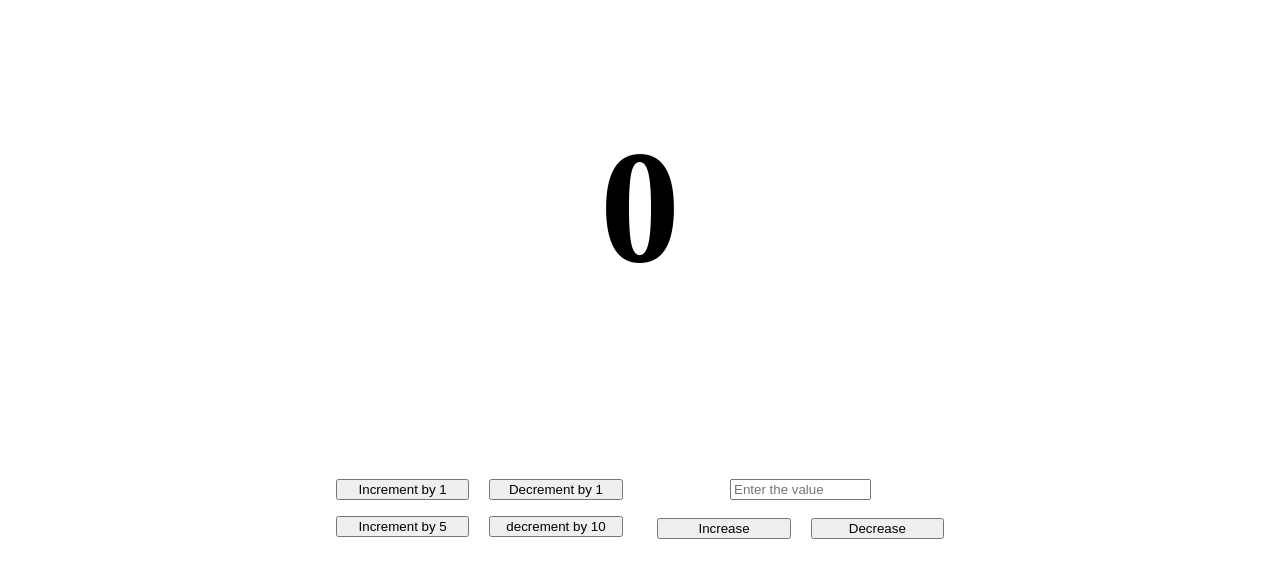
Repository: drumsmanku/micro-project-2
Page: index.html
The author's editor kept a copy of each file at every save. The page is drawn from the files as they stood at one save, then again after the next save.
The browser window is 1280 px wide. The pictures show the whole page.

Above is the page before, as saved 2023-04-07 19:45:22.

### index.html
<!DOCTYPE html>
<html lang="en">
<head>
  <meta charset="UTF-8">
  <meta http-equiv="X-UA-Compatible" content="IE=edge">
  <meta name="viewport" content="width=device-width, initial-scale=1.0">
  <link rel="stylesheet" href="style.css">
  <title>micro Project 2</title>
</head>
<body>
  <div class="my-elements">
    <h1 id="h1-tag">0</h1>
    <div class="second-part">
      <div class="second-first-part">
        <div class="just-1">
          <button id="clicked-1">Increment by 1</button>
          <button id="clicked-2">Decrement by 1</button>
        </div>
        <div class="just-2">
          <button id="clicked-3">Increment by 5</button>
          <button id="clicked-4">decrement by 10</button>
        </div>

      </div>
      <div class="second-second-part">
        <input type="number" name="num" id="num" placeholder="Enter the value">
        <div class="inc">
          <button id="inc-dec-1">Increase</button>
          <button id="inc-dec-2">Decrease</button>
        </div>

      </div>

    </div>
  </div>
</body>
</html>

### style.css
.my-elements{
  display: flex;
  justify-content: center;
  text-align: center;
  flex-direction: column;
}
.my-elements h1{
  font-size: 10rem;
}

.second-part{
  display: flex;

  flex-wrap: wrap;
  margin-top: 4rem;
  justify-content: space-between;
}

.second-first-part{
  display: flex;
  flex-direction: column;
  margin-left: 20rem;

}

.second-first-part button{
  width: 10em;
  margin: 0.5rem;
}

.second-second-part{
  display: flex;
  flex-direction: column;
  margin-right: 20rem;
  align-items: center;
}

.second-second-part button,input{
  width: 10em;
  margin: 0.5rem;
}
.second-second-part input{
  margin-bottom: 10px;
}

After the next save:
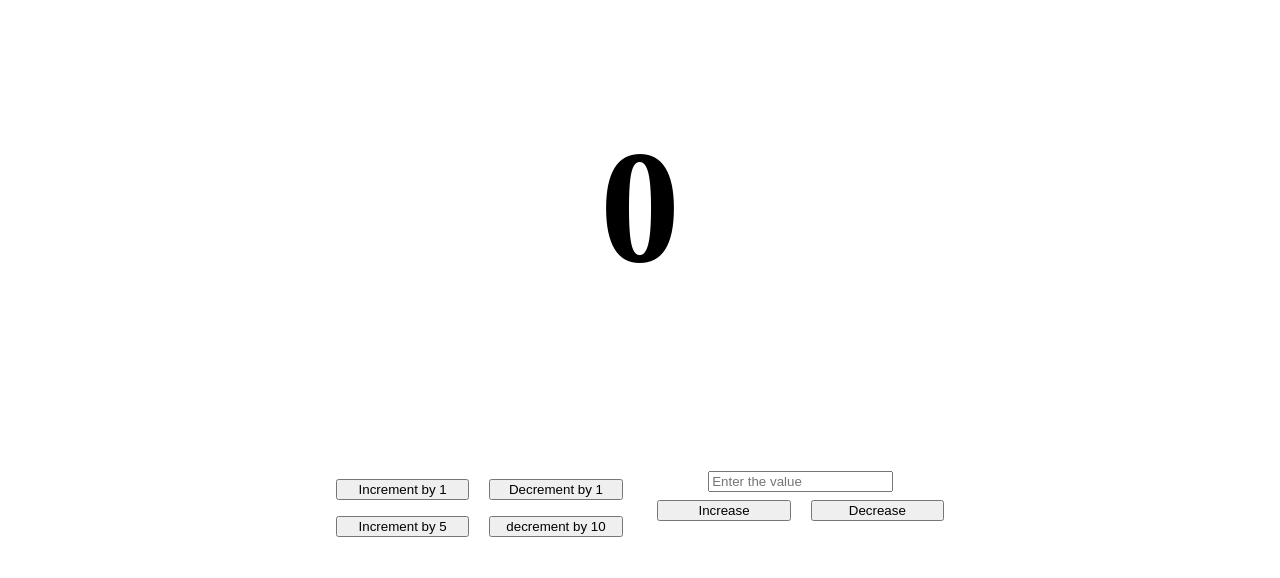
Saved 47 s later.
--- a/style.css
+++ b/style.css
@@ -35,10 +35,10 @@
   align-items: center;
 }
 
-.second-second-part button,input{
+.second-second-part button{
   width: 10em;
   margin: 0.5rem;
 }
-.second-second-part input{
-  margin-bottom: 10px;
+..second-second-part input{
+  width: 1.5rem;
 }
